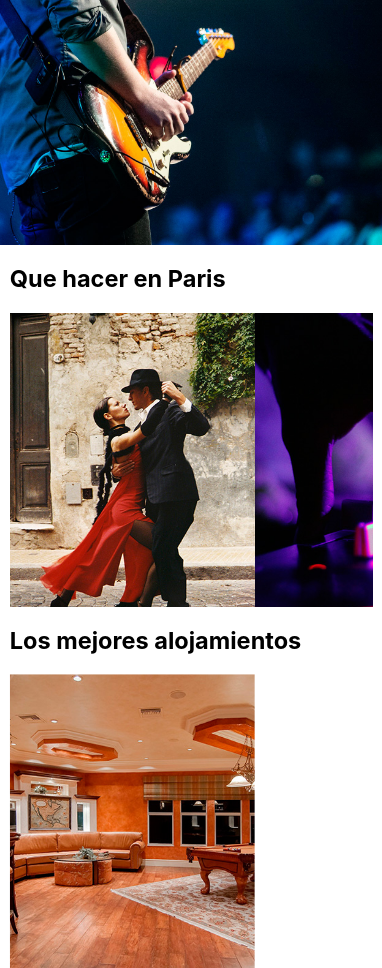
Repository: AleMicky/layout
Screen: /
An editor plug-in stored every save of this project. The screen is shown before and after the next save, followed by the edit.
The pictures are shown at 98% of full size.
The app was drawn by React Native's web renderer in a window 390 px wide. The project was rebuilt for these pictures with package versions that can differ from the ones it lists, and the page was loaded fresh each time.

Above is the screen before, as saved 2020-06-27 16:44:22.

After the next save:
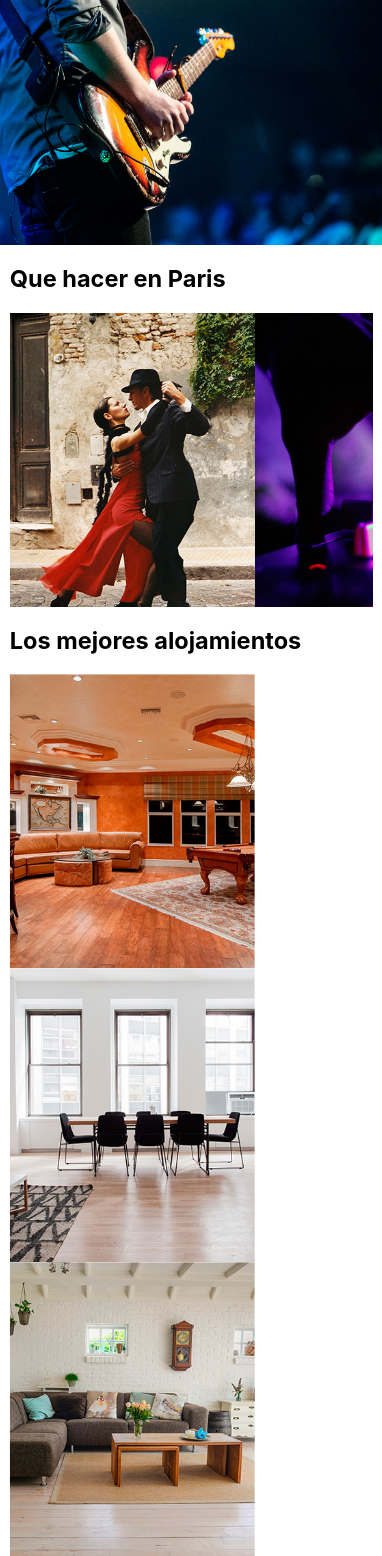
Saved 52 s later.
--- a/App.js
+++ b/App.js
@@ -37,9 +37,17 @@ const App = () => {
             </ScrollView>
             <Text style={styles.titulo}>Los mejores alojamientos</Text>
             <View>
-                   <View>
-                      <Image  style={styles.ciudad}
+                    <View>
+                        <Image  style={styles.ciudad}
                                source={require('./assets/img/hospedaje1.jpg')} />
+                    </View>
+                    <View>
+                        <Image  style={styles.ciudad}
+                               source={require('./assets/img/hospedaje2.jpg')} />
+                    </View>
+                    <View>
+                        <Image  style={styles.ciudad}
+                               source={require('./assets/img/hospedaje3.jpg')} />
                     </View>
             </View>
         </View>
